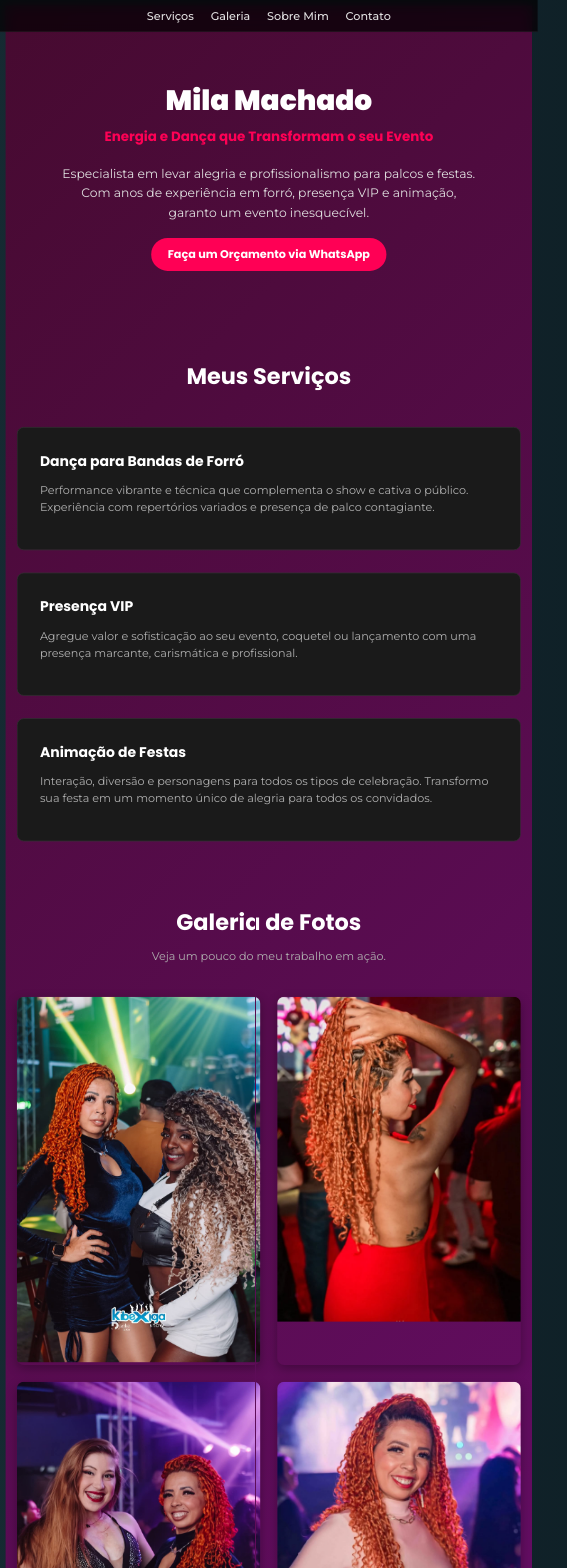
Repository: nardogod/portfolio-mila-machado
Page: /portfolio
An editor plug-in stored every save of this project. The page is shown before and after the next save, followed by the edit.
The browser window is 768 px wide. The page is 810 px wide, so the pictures cover 810 px, including what lies to the right of the window. The pictures show the part of the page from y = 0 to 2240 px (the page is 4000 px tall), at 70% of full size.
The project was rebuilt for these pictures with package versions that can differ from the ones it lists, and the page was loaded fresh each time. The framework's server and built-in components were replaced by stand-ins that run in the browser.

Above is the page before, as saved 2025-08-19 04:55:25.

After the next save:
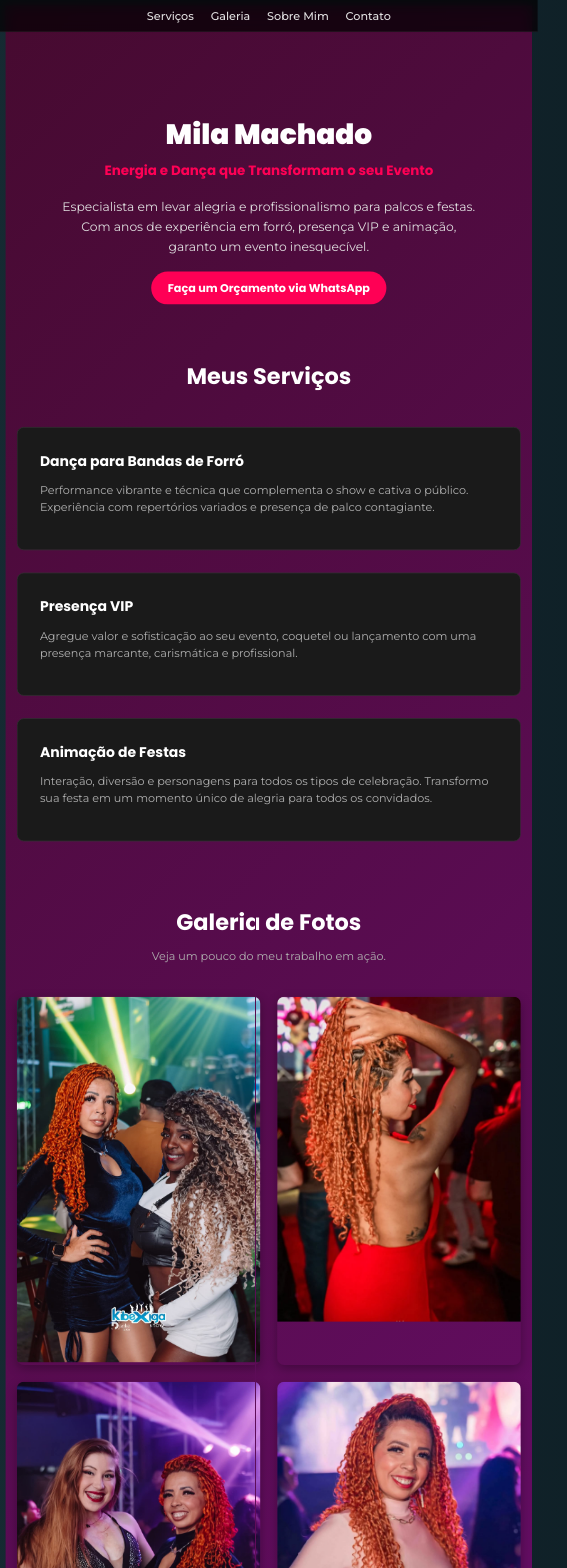
Saved 16 min 22 s later.
--- a/styles/Portfolio.module.css
+++ b/styles/Portfolio.module.css
@@ -346,8 +346,15 @@
     text-align: center;
   }
 
+  .heroText {
+    order: 2; /* O texto virá depois da imagem em telas menores */
+  }
+
   .heroImageWrapper {
+    order: 1; /* A imagem virá antes do texto */
     height: 350px;
+    width: 100%;
+    max-width: 450px; /* Evita que a imagem fique muito grande em tablets */
   }
 
   .title {
